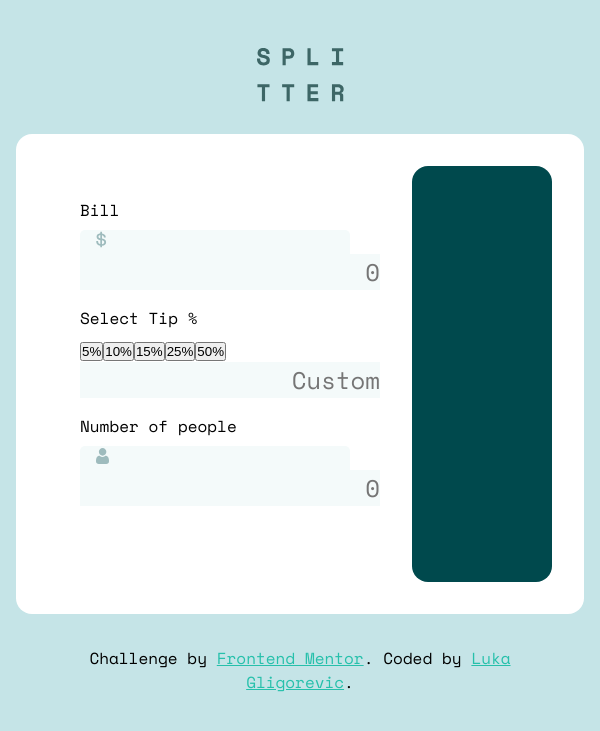
Repository: gligor99/tip-fmentor
Page: /
The author's editor kept a copy of each file at every save. The page is drawn from the files as they stood at one save, then again after the next save.
The browser window is 600 px wide. The pictures show the whole page.
The project was rebuilt for these pictures with package versions that can differ from the ones it lists, and the page was loaded fresh each time.

Above is the page before, as saved 2021-11-26 21:55:11.

### src/index.css
@import url("https://fonts.googleapis.com/css2?family=Space+Mono:wght@400;700&display=swap");

:root {
  --clr-primary: hsl(172, 67%, 45%);
  --clr-dark-cyan: hsl(183, 100%, 15%);
  --clr-dark-grayish-cyan: hsl(186, 14%, 43%);
  --clr-dark-grayish-cyan2: hsl(184, 14%, 56%);
  --clr-light-grayish-cyan: hsl(185, 41%, 84%);
  --clr-light-grayish-cyan2: hsl(189, 41%, 97%);
  --clr-white: hsl(0, 0%, 100%);
}

*,
::after,
::before {
  margin: 0;
  padding: 0;
  box-sizing: border-box;
}
body {
  font-family: "Space Mono", sans-serif;
  background: var(--clr-light-grayish-cyan);
  color: var(--clr-grey-1);
  line-height: 1.5;
  font-size: 1rem;
}

.App {
  display: flex;
  flex-direction: column;
  justify-content: center;
  padding: 2rem;
  max-height: 100vh;
}

.logo {
  display: flex;
  justify-content: center;
  padding: 2rem;
}

.attribution {
  font-size: 1rem;
  text-align: center;
  padding: 2rem;
}
.attribution a {
  color: var(--clr-primary);
}

.container {
  display: flex;
  justify-content: center;
  align-items: center;
  background-color: var(--clr-white);
  height: 30rem;
  width: 70%;
  margin: auto;
  padding: 2em;
  border-radius: 1rem;
}
.left-side, .right-side {
  display: inline-block;
  height: 100%;
  width: 100%;
  border-radius: 1rem;
}
.left-side{
  background-color: var(--clr-white);
  display: flex;
  flex-direction: column;
}
.right-side{
  background-color: var(--clr-dark-cyan);
}
label{
    display: inline-block;
    margin-top: 1rem;
    margin-block-end: 0.5em;
}

label:nth-child(1){
    margin-top: 0px;
}
.input-div {
    background-color: hsl(189, 41%, 97%);
    width: 90%;
    border-radius: 5px;
    margin-top: 0px;
}
/* Hiding arrows from number inputs */
/* Chrome, Safari, Edge, Opera */
input::-webkit-outer-spin-button,
input::-webkit-inner-spin-button {
  -webkit-appearance: none;
  margin: 0;
}

/* Firefox */
input[type='number'] {
  -moz-appearance: textfield;
}

input{
    background-color: var(--clr-light-grayish-cyan2);
    font-family: 'Space Mono', monospace;
    color: var(--clr-light-grayish-cyan);
    font-size: 24px;
    text-align: right;
    border: none;
}

.input-icon {
    padding-left: 1rem;
}



@media screen and (max-width: 700px) {
  .App {
    display: flex;
    flex-direction: rows;
    justify-content: center;
    padding: 1rem;
  }
  .container {
    background-color: var(--clr-white);
    height: 30rem;
    width: 100%;
    margin: auto;
  }
  .left-side, .right-side {
  display: inline-block;
  height: 100%;
  width: 100%;
  padding: 2rem;
  border-radius: 1rem;
}
.left-side{
  background-color: whites;
}
.right-side{
  background-color: var(--clr-dark-cyan);
}
}

### src/App.tsx
import Footer from "./components/Footer";
import logo from "./assets/logo.svg";
import Tipper from "./components/Tipper";

function App() {
  return (
    <div className="App">
      <div className="logo">
        <img src={logo} alt="logo" />
      </div>
      <Tipper />
      <Footer name="Luka Gligorevic" />
    </div>
  );
}

export default App;

### src/components/Footer.tsx
type Props = {
  name: String;
};

const Footer: React.FC<Props> = ({ name }) => {
  return (
    <div className="attribution">
      Challenge by{" "}
      <a
        href="https://www.frontendmentor.io?ref=challenge"
        target="_blank"
        rel="noreferrer"
      >
        Frontend Mentor
      </a>
      . Coded by <a href="https://github.com/gligor99">{name}</a>.
    </div>
  );
};

export default Footer;

### src/components/Tipper.tsx
import iconDollar from "../assets/icon-dollar.svg";
import iconPeople from "../assets/icon-person.svg";

const Tipper = () => {
  return (
    <section className="container">
      <div className="left-side">
        <form>
          <label htmlFor="bill">Bill</label>
          <div className="input-div">
            <img className="input-icon" src={iconDollar} alt="dollarIcon" />
            <input type="number" placeholder="0" />
          </div>
          <label htmlFor="select-tip">Select Tip %</label>
          <div className="buttons">
            <button className="percentage-btn" data-value="5">
              5%
            </button>
            <button className="percentage-btn" data-value="5">
              10%
            </button>
            <button className="percentage-btn" data-value="5">
              15%
            </button>
            <button className="percentage-btn" data-value="5">
              25%
            </button>
            <button className="percentage-btn" data-value="5">
              50%
            </button>
            <input type="number" placeholder="Custom" />
          </div>
          <label htmlFor="no-of-people">Number of people</label>
          <div className="input-div">
            <img className="input-icon" src={iconPeople} alt="personIcon" />
            <input type="number" placeholder="0" />
          </div>
        </form>
      </div>
      <div className="right-side"></div>
    </section>
  );
};

export default Tipper;

Loaded but not shown: public/index.html (common file); src/index.tsx (common file)

After the next save:
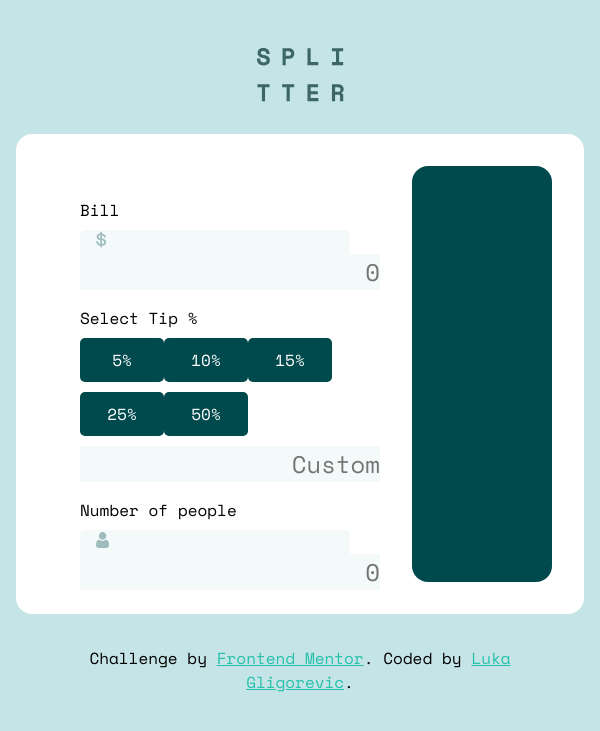
Saved 17 s later.
--- a/src/index.css
+++ b/src/index.css
@@ -59,34 +59,35 @@ body {
   padding: 2em;
   border-radius: 1rem;
 }
-.left-side, .right-side {
+.left-side,
+.right-side {
   display: inline-block;
   height: 100%;
   width: 100%;
   border-radius: 1rem;
 }
-.left-side{
+.left-side {
   background-color: var(--clr-white);
   display: flex;
   flex-direction: column;
 }
-.right-side{
+.right-side {
   background-color: var(--clr-dark-cyan);
 }
-label{
-    display: inline-block;
-    margin-top: 1rem;
-    margin-block-end: 0.5em;
+label {
+  display: inline-block;
+  margin-top: 1rem;
+  margin-block-end: 0.5em;
 }
 
-label:nth-child(1){
-    margin-top: 0px;
+label:nth-child(1) {
+  margin-top: 0px;
 }
 .input-div {
-    background-color: hsl(189, 41%, 97%);
-    width: 90%;
-    border-radius: 5px;
-    margin-top: 0px;
+  background-color: hsl(189, 41%, 97%);
+  width: 90%;
+  border-radius: 5px;
+  margin-top: 0px;
 }
 /* Hiding arrows from number inputs */
 /* Chrome, Safari, Edge, Opera */
@@ -97,24 +98,57 @@ input::-webkit-inner-spin-button {
 }
 
 /* Firefox */
-input[type='number'] {
+input[type="number"] {
   -moz-appearance: textfield;
 }
 
-input{
-    background-color: var(--clr-light-grayish-cyan2);
-    font-family: 'Space Mono', monospace;
-    color: var(--clr-light-grayish-cyan);
-    font-size: 24px;
-    text-align: right;
-    border: none;
+input {
+  background-color: var(--clr-light-grayish-cyan2);
+  font-family: "Space Mono", monospace;
+  color: var(--clr-light-grayish-cyan);
+  font-size: 24px;
+  text-align: right;
+  border: none;
 }
 
 .input-icon {
-    padding-left: 1rem;
+  padding-left: 1rem;
 }
 
+.percentage-btn,
+.custom-tip,
+.reset-btn {
+  font-family: "Space Mono", monospace;
+  font-size: 16px;
+  padding: 10px;
+  text-align: center;
+}
 
+.percentage-btn,
+.custom-tip {
+  width: 28%;
+  border: none;
+  border-radius: 5px;
+  margin-bottom: 10px;
+}
+
+.percentage-btn {
+  background-color: hsl(183, 100%, 15%);
+  color: hsl(0, 0%, 100%);
+}
+
+.custom-tip {
+  width: 23%;
+  color: hsl(186, 14%, 43%);
+  font-weight: bold;
+  background-color: hsl(189, 41%, 97%);
+}
+
+.percentage-btn:hover,
+.percentage-btn:focus {
+  background-color: hsl(172, 67%, 45%);
+  color: hsl(183, 100%, 15%);
+}
 
 @media screen and (max-width: 700px) {
   .App {
@@ -129,17 +163,18 @@ input{
     width: 100%;
     margin: auto;
   }
-  .left-side, .right-side {
-  display: inline-block;
-  height: 100%;
-  width: 100%;
-  padding: 2rem;
-  border-radius: 1rem;
+  .left-side,
+  .right-side {
+    display: inline-block;
+    height: 100%;
+    width: 100%;
+    padding: 2rem;
+    border-radius: 1rem;
+  }
+  .left-side {
+    background-color: whites;
+  }
+  .right-side {
+    background-color: var(--clr-dark-cyan);
+  }
 }
-.left-side{
-  background-color: whites;
-}
-.right-side{
-  background-color: var(--clr-dark-cyan);
-}
-}
